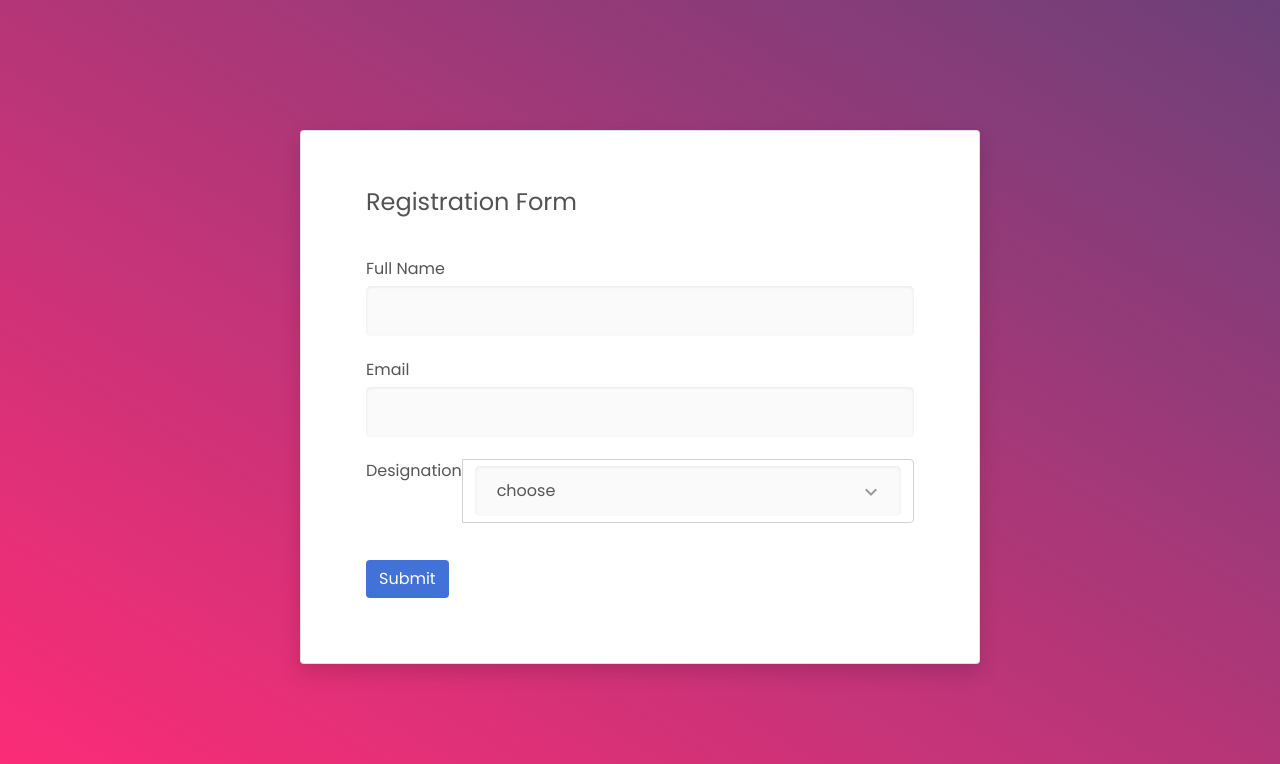
Repository: AbdulRehman0/registration
Page: http://localhost/registration.php
An editor plug-in stored every save of this project. The page is shown before and after the next save, followed by the edit.
The browser window is 1280 px wide. The pictures show the whole page.
The page is run by PHP 8.4 with error messages shown; the project is at /var/www/html/.

Above is the page before, as saved 2021-01-05 15:26:08.

After the next save:
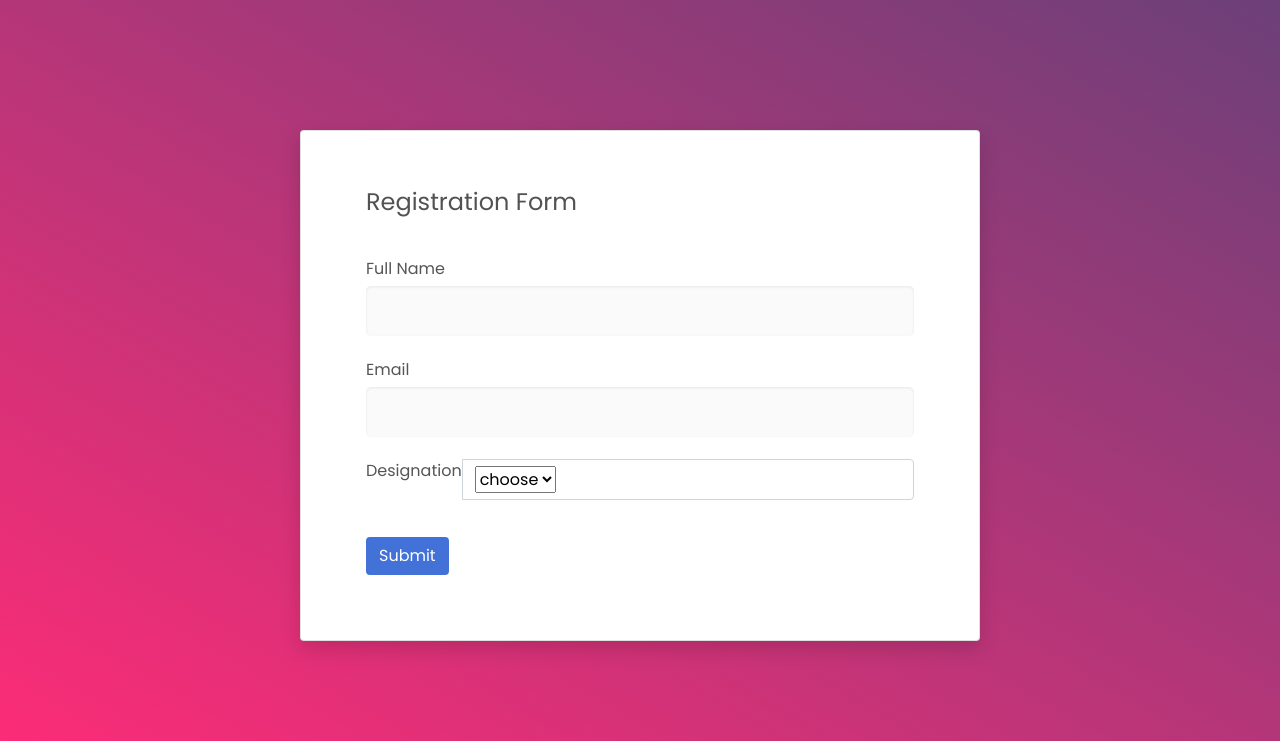
Saved 24 s later.
--- a/registration.php
+++ b/registration.php
@@ -30,7 +30,7 @@ include "./templates/header.php";
                             <div class="col-md-12">
                                 <div class="input-group">
                                     <label class="label">Designation</label>
-                                    <div class="rs-select2 js-select-simple select--no-search form-control">
+                                    <div class=" form-control">
                                         <select name="subject">
                                             <option disabled="disabled" selected="selected">choose</option>
                                             <option value="1">Admin</option>
